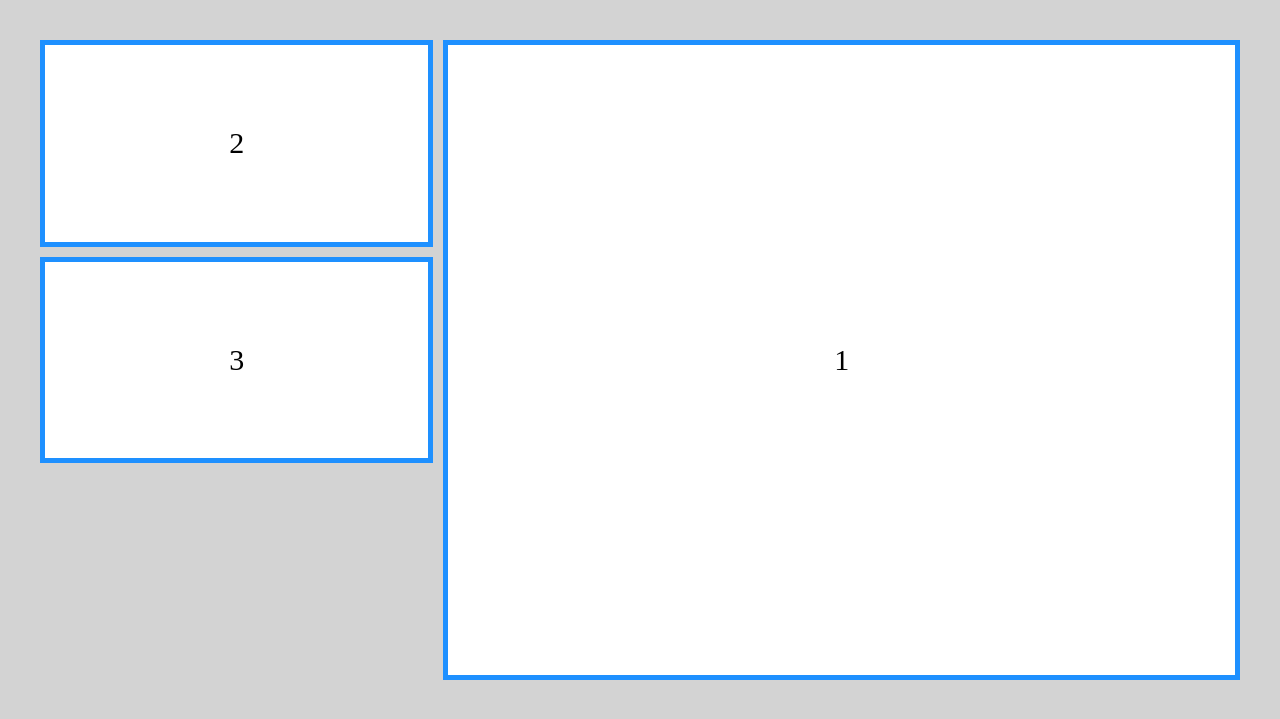
Repository: eversonps/flexbox-grid-css
Page: grid/cssgrid2.html
The author's editor kept a copy of each file at every save. The page is drawn from the files as they stood at one save, then again after the next save.
The browser window is 1280 px wide. The pictures show the whole page.

Above is the page before, as saved 2022-03-23 16:00:27.

### grid/cssgrid2.html
<!DOCTYPE html>
<html>

<head>
    <meta charset="UTF-8">
    <title>CSS Grid #02</title>
    <style>
        html,
        body {
            margin: 20px;
            height: calc(100% - 40px);
            background-color: lightgray;
        }

        div {
            display: flex;
            align-items: center;
            justify-content: center;
            font-size: 30px;
            border: solid 5px dodgerblue;
            background: #fff;
        }

        body {
            display: grid;
            grid-template-columns:
                [inicio] 1fr
                [metade-1 meio-1] 1fr
                [metade-2 meio-2] 1fr [fim];
            grid-template-rows: repeat(3, 1fr);

            grid-column-gap: 20px;
            grid-row-gap: 20px;
            grid-gap: 50px 10px;
            grid-gap: 10px;
        }

        .d1 {
            grid-column-start: metade-2;
            grid-column-end: fim;
            grid-column: meio-1 / fim;
            grid-row: 1 / span 2;
            /* row-start column-start row-end column-end */
            grid-area: 1 / meio-1 / span 3 / fim;
        }
    </style>
</head>

<body>
    <div class="d1">1</div>
    <div class="d2">2</div>
    <div class="d3">3</div>
</body>

</html>

After the next save:
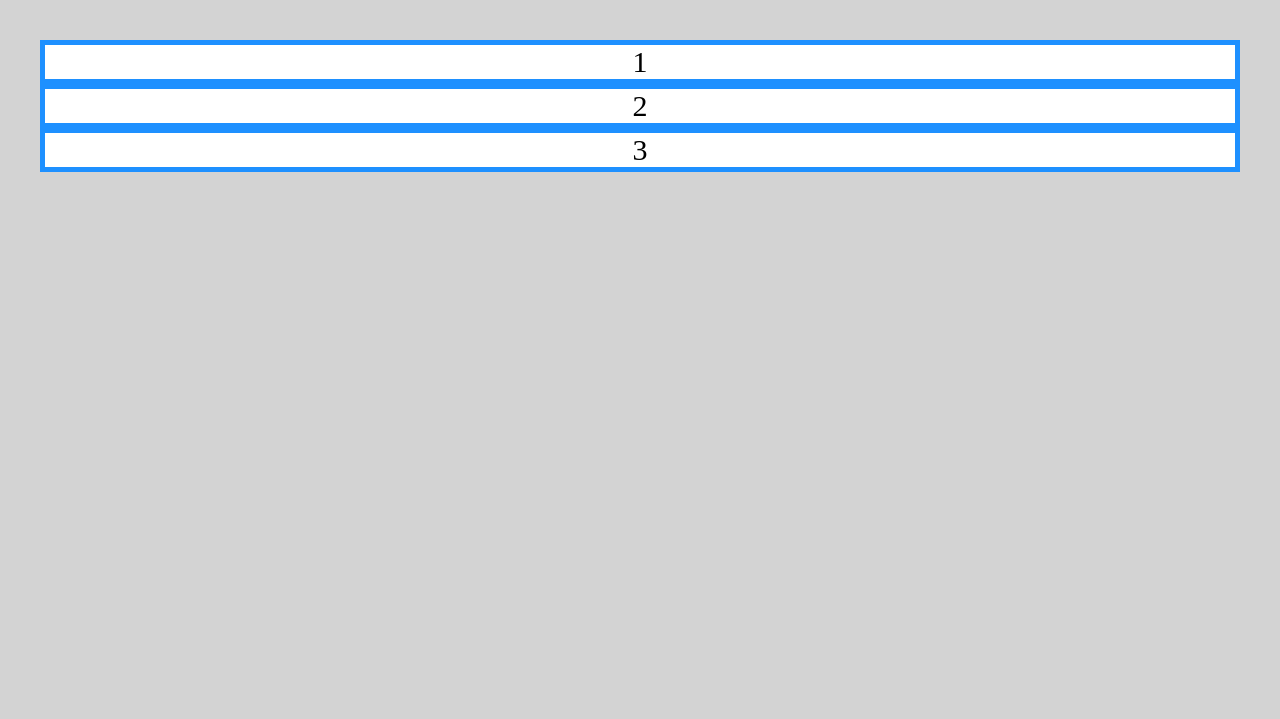
Saved 36 min 21 s later.
--- a/grid/cssgrid2.html
+++ b/grid/cssgrid2.html
@@ -22,26 +22,7 @@
         }
 
         body {
-            display: grid;
-            grid-template-columns:
-                [inicio] 1fr
-                [metade-1 meio-1] 1fr
-                [metade-2 meio-2] 1fr [fim];
-            grid-template-rows: repeat(3, 1fr);
 
-            grid-column-gap: 20px;
-            grid-row-gap: 20px;
-            grid-gap: 50px 10px;
-            grid-gap: 10px;
-        }
-
-        .d1 {
-            grid-column-start: metade-2;
-            grid-column-end: fim;
-            grid-column: meio-1 / fim;
-            grid-row: 1 / span 2;
-            /* row-start column-start row-end column-end */
-            grid-area: 1 / meio-1 / span 3 / fim;
         }
     </style>
 </head>
